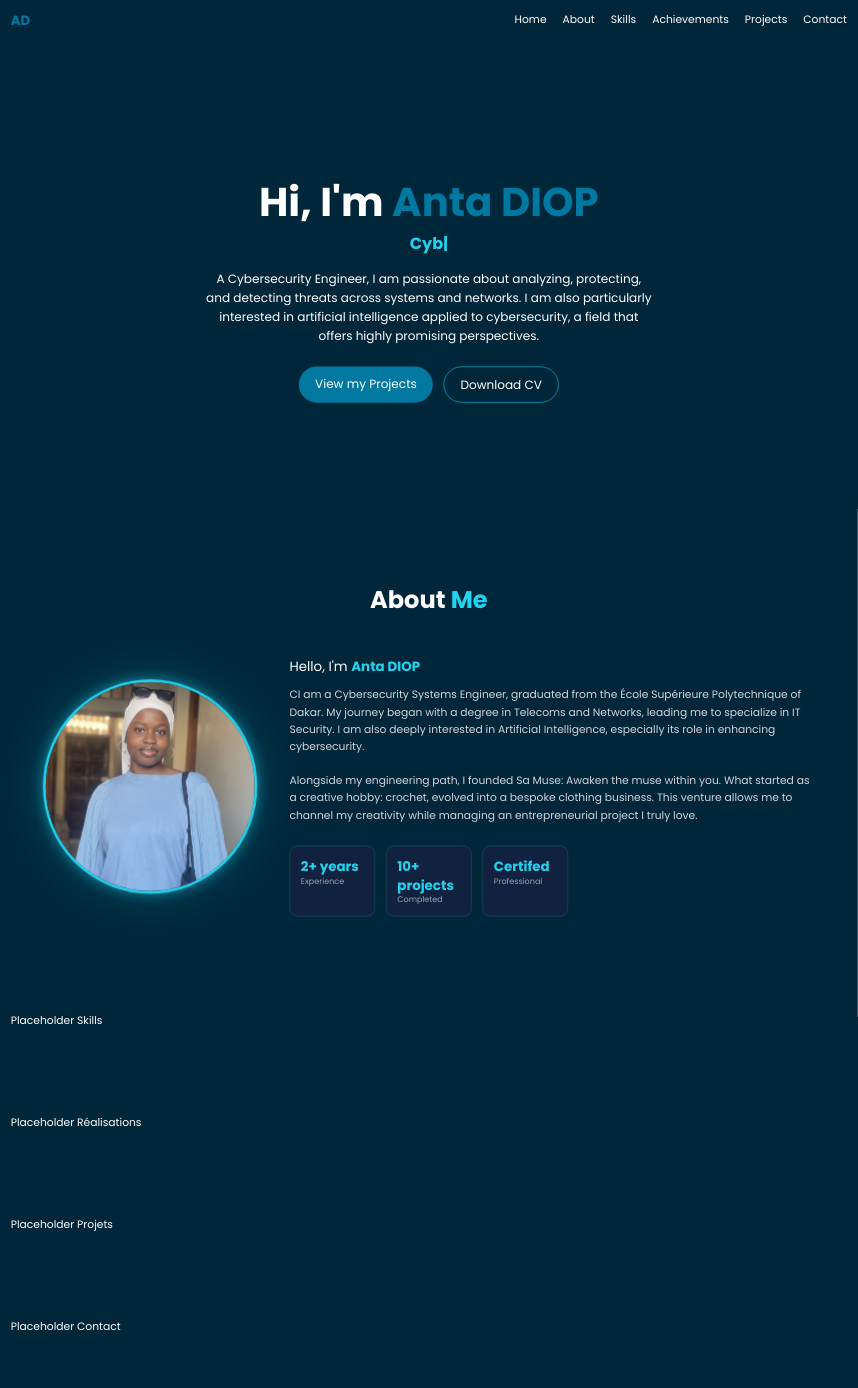
Repository: AntaaaKD/Mon-Portfolio
Page: /
These files come from the project's save history. The page is drawn as it stood at one moment and after the next save; the edit follows.
The browser window is 1280 px wide. The pictures show the whole page, at 67% of full size.
The project was rebuilt for these pictures with package versions that can differ from the ones it lists, and the page was loaded fresh each time.

Above is the page before, as saved 2026-01-14 22:55:50.

### public/index.html
<!DOCTYPE html>
<html lang="en">
  <link href="https://fonts.googleapis.com/css2?family=Poppins:wght@400;600;700&display=swap" rel="stylesheet">
  <head>
    <meta charset="utf-8" />
    <link rel="icon" href="%PUBLIC_URL%/favicon.ico" />
    <meta name="viewport" content="width=device-width, initial-scale=1" />
    <meta name="theme-color" content="#000000" />
    <meta
      name="description"
      content="Web site created using create-react-app"
    />
    <link rel="apple-touch-icon" href="%PUBLIC_URL%/logo192.png" />
    <!--
      manifest.json provides metadata used when your web app is installed on a
      user's mobile device or desktop. See https://developers.google.com/web/fundamentals/web-app-manifest/
    -->
    <link rel="manifest" href="%PUBLIC_URL%/manifest.json" />
    <!--
      Notice the use of %PUBLIC_URL% in the tags above.
      It will be replaced with the URL of the `public` folder during the build.
      Only files inside the `public` folder can be referenced from the HTML.

      Unlike "/favicon.ico" or "favicon.ico", "%PUBLIC_URL%/favicon.ico" will
      work correctly both with client-side routing and a non-root public URL.
      Learn how to configure a non-root public URL by running `npm run build`.
    -->
    <title>React App</title>
  </head>
  <body>
    <noscript>You need to enable JavaScript to run this app.</noscript>
    <div id="root"></div>
    <!--
      This HTML file is a template.
      If you open it directly in the browser, you will see an empty page.

      You can add webfonts, meta tags, or analytics to this file.
      The build step will place the bundled scripts into the <body> tag.

      To begin the development, run `npm start` or `yarn start`.
      To create a production bundle, use `npm run build` or `yarn build`.
    -->
  </body>
</html>

### src/index.css
@tailwind base;
@tailwind components;
@tailwind utilities;

body {
  margin: 0;
  font-family: 'Poppins', sans-serif;
  -webkit-font-smoothing: antialiased;
  -moz-osx-font-smoothing: grayscale;
}

code {
  font-family: source-code-pro, Menlo, Monaco, Consolas, 'Courier New',
    monospace;
}

### src/App.js
import React from 'react';
import Navbar from './components/Navbar';
import Home from './components/Home';  // Ajoute cet import
import About from './components/About';

function App() {
  return (
    <div className="min-h-screen bg-custom-blue text-white">
      <Navbar />
      <main className="container mx-auto p-4">
        <Home />  {/* Remplace le placeholder */}
        <About />
        <section id="skills" className="py-16">Placeholder Skills</section>
        <section id="achievements" className="py-16">Placeholder Réalisations</section>
        <section id="projects" className="py-16">Placeholder Projets</section>
        <section id="contact" className="py-16">Placeholder Contact</section>
      </main>
    </div>
  );
}

export default App;

### src/components/Navbar.jsx
import React, { useState, useEffect } from 'react';

const Navbar = () => {
  const [scrolled, setScrolled] = useState(false);

  useEffect(() => {
    const handleScroll = () => {
      if (window.scrollY > 50) {
        setScrolled(true);
      } else {
        setScrolled(false);
      }
    };

    window.addEventListener('scroll', handleScroll);
    return () => window.removeEventListener('scroll', handleScroll);
  }, []);

  return (
    <nav
        className={`p-4 sticky top-0 z-10 transition-all duration-300 ${
            scrolled
            ? 'bg-custom-blue bg-opacity-0 backdrop-blur-md'  // Semi-transparent (30%) + blur fort
            : 'bg-custom-blue'  // Bleu solide au top
        }`}
    >
        <div className="container mx-auto flex justify-between items-center">
            <h1 className="text-xl font-bold text-blue-text">AD</h1>
            <ul className="flex space-x-6 text-white">
            <li><a href="#home" className="hover:text-cyan-300">Home</a></li>
            <li><a href="#about" className="hover:text-cyan-300">About</a></li>
            <li><a href="#skills" className="hover:text-cyan-300">Skills</a></li>
            <li><a href="#achievements" className="hover:text-cyan-300">Achievements</a></li>
            <li><a href="#projects" className="hover:text-cyan-300">Projects</a></li>
            <li><a href="#contact" className="hover:text-cyan-300">Contact</a></li>
            </ul>
        </div>
    </nav>
  );
};

export default Navbar;

### src/components/Home.jsx
import React, { useEffect, useRef } from 'react';
import Typed from 'typed.js';

const Home = () => {
  // Création d'une référence pour l'élément qui accueillera l'animation
  const el = useRef(null);

  useEffect(() => {
    const typed = new Typed(el.current, {
      strings: [
        "Cybersecurity Engineer",
        "Founder of Sa Muse",
      ],
      typeSpeed: 100,
      backSpeed: 90,
      loop: true,
    });

    // Nettoyage de l'animation pour éviter les bugs de mémoire
    return () => {
      typed.destroy();
    };
  }, []);

  return (
    <section id="home" className="flex flex-col items-center justify-center h-screen text-center px-4">
      <h1 className="text-6xl font-bold mb-4">
        Hi, I'm <span className="text-blue-text">Anta DIOP</span>
      </h1>

      {/* On applique la ref ici pour l'animation */}
      <h2 className="text-2xl font-bold text-cyan-400 mb-6 h-8">
        <span ref={el}></span>
      </h2>

      <p className="text-lg mb-8 max-w-2xl">
        A Cybersecurity Engineer, I am passionate about analyzing, protecting, and detecting threats across systems and networks.
        I am also particularly interested in artificial intelligence applied to cybersecurity, a field that offers highly promising perspectives.
      </p>

      <div className="flex space-x-4">
        <a href="#projects" className="bg-blue-text text-lg px-6 py-3 rounded-full hover:bg-cyan-400 transition">
            View my Projects
        </a>
        <a href="/cv.pdf" download className="px-6 py-3 rounded-full border border-cyan-500 text-lg hover:bg-cyan-500 hover:text-custom-blue transition">
            Download CV
        </a>
      </div>
    </section>
  );
};

export default Home;

### src/components/About.jsx
import React from 'react';

const About = () => {
  return (
    <section id="about" className="py-20 px-4 bg-custom-blue text-white">
      <div className="max-w-6xl mx-auto">
        {/* Titre de la section */}
        <h2 className="text-4xl font-bold text-center mb-16">
          About <span className="text-cyan-400">Me</span>
        </h2>

        <div className="flex flex-col md:flex-row items-center justify-between gap-12">

          {/* Colonne Image avec l'effet de halo bleu */}
          <div className="relative w-64 h-64 md:w-80 md:h-80">
            <div className="absolute inset-0 rounded-full bg-cyan-400 opacity-20 blur-2xl animate-pulse"></div>
            <div className="relative w-full h-full rounded-full border-4 border-cyan-400 overflow-hidden shadow-[0_0_20px_rgba(34,211,238,0.5)]">
              <img
                src="/image1.png"
                alt="Anta DIOP"
                className="w-full h-full object-cover"
              />
            </div>
          </div>

          {/* Colonne Texte */}
          <div className="flex-1 text-center md:text-left">
            <h3 className="text-xl mb-4">
              Hello, I'm <span className="text-cyan-400 font-bold">Anta DIOP</span>
            </h3>
            <p className="text-gray-300 mb-6 leading-relaxed">
              CI am a Cybersecurity Systems Engineer, graduated from the École Supérieure Polytechnique of Dakar.
              My journey began with a degree in Telecoms and Networks, leading me to specialize in IT Security.
              I am also deeply interested in Artificial Intelligence, especially its role in enhancing cybersecurity.
            </p>
            <p className="text-gray-300 mb-8 leading-relaxed">
              Alongside my engineering path, I founded Sa Muse: Awaken the muse within you.
              What started as a creative hobby: crochet, evolved into a bespoke clothing business. This venture allows me to channel my creativity while managing an entrepreneurial project I truly love.
            </p>

            {/* Cartes de statistiques (comme sur le modèle) */}
            <div className="flex flex-wrap justify-center md:justify-start gap-4">
              <div className="bg-[#112240] p-4 rounded-xl border border-cyan-900 w-32">
                <p className="text-cyan-400 font-bold text-xl">2+ years</p>
                <p className="text-xs text-gray-400">Experience</p>
              </div>
              <div className="bg-[#112240] p-4 rounded-xl border border-cyan-900 w-32">
                <p className="text-cyan-400 font-bold text-xl">10+ projects</p>
                <p className="text-xs text-gray-400">Completed</p>
              </div>
              <div className="bg-[#112240] p-4 rounded-xl border border-cyan-900 w-32">
                <p className="text-cyan-400 font-bold text-xl">Certifed</p>
                <p className="text-xs text-gray-400">Professional</p>
              </div>
            </div>
          </div>

        </div>
      </div>
    </section>
  );
};

export default About;

### tailwind.config.js
/** @type {import('tailwindcss').Config} */
module.exports = {
  content: [
    "./src/**/*.{js,jsx,ts,tsx}",
  ],
  theme: {
    extend: {
      colors: {
        'custom-blue': 'rgb(0, 38, 58)',  // Ton bleu exact ici
        'blue-text': 'rgb(1, 120, 160)',
      },
    },
  },
  plugins: [],
};

Loaded but not shown: src/index.js (common file); src/reportWebVitals.js (common file)

After the next save:
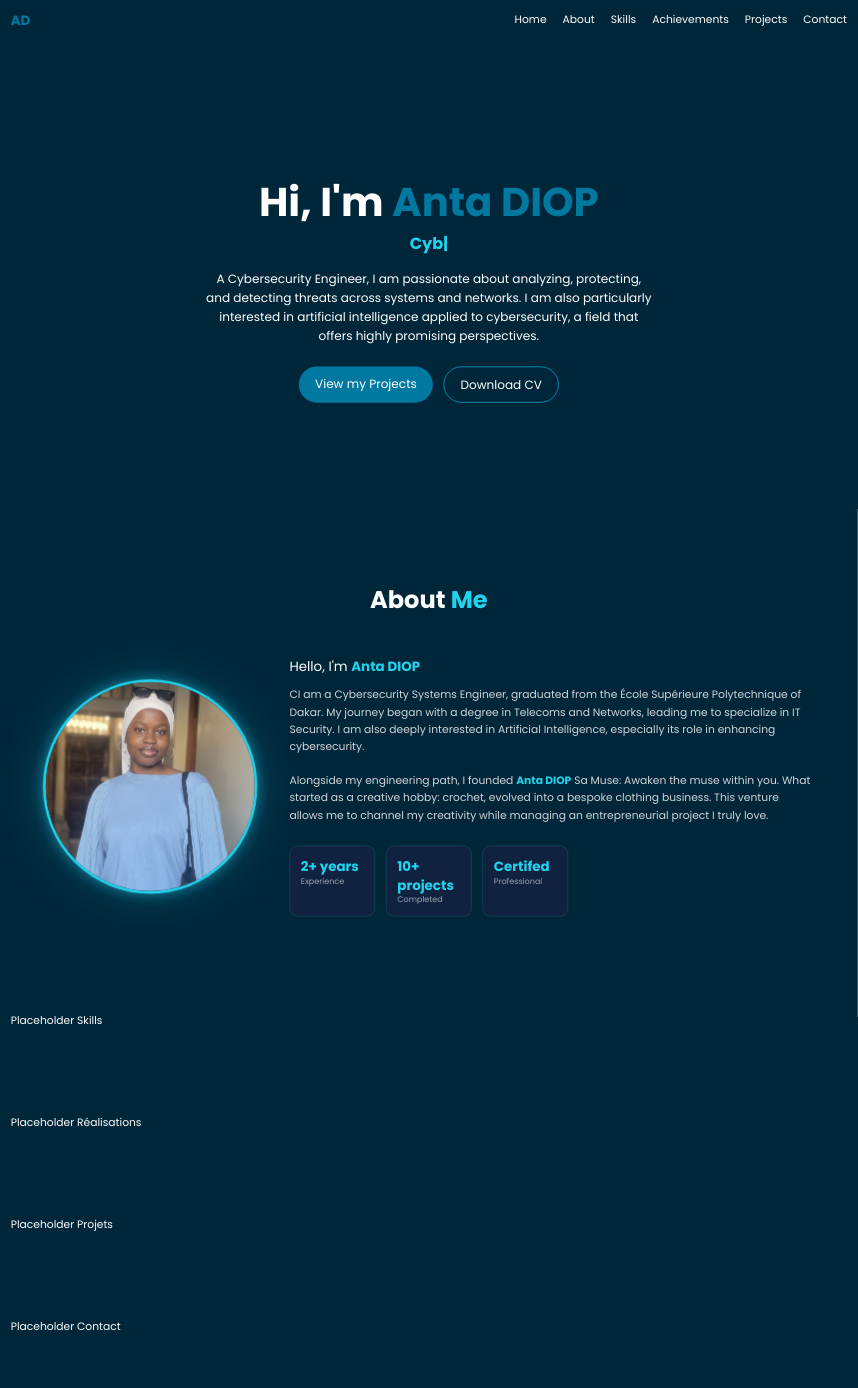
Saved 2 min 25 s later.
--- a/src/components/About.jsx
+++ b/src/components/About.jsx
@@ -34,7 +34,7 @@ const About = () => {
               I am also deeply interested in Artificial Intelligence, especially its role in enhancing cybersecurity.
             </p>
             <p className="text-gray-300 mb-8 leading-relaxed">
-              Alongside my engineering path, I founded Sa Muse: Awaken the muse within you.
+              Alongside my engineering path, I founded <span className="text-cyan-400 font-bold">Anta DIOP</span> Sa Muse: Awaken the muse within you.
               What started as a creative hobby: crochet, evolved into a bespoke clothing business. This venture allows me to channel my creativity while managing an entrepreneurial project I truly love.
             </p>
 
